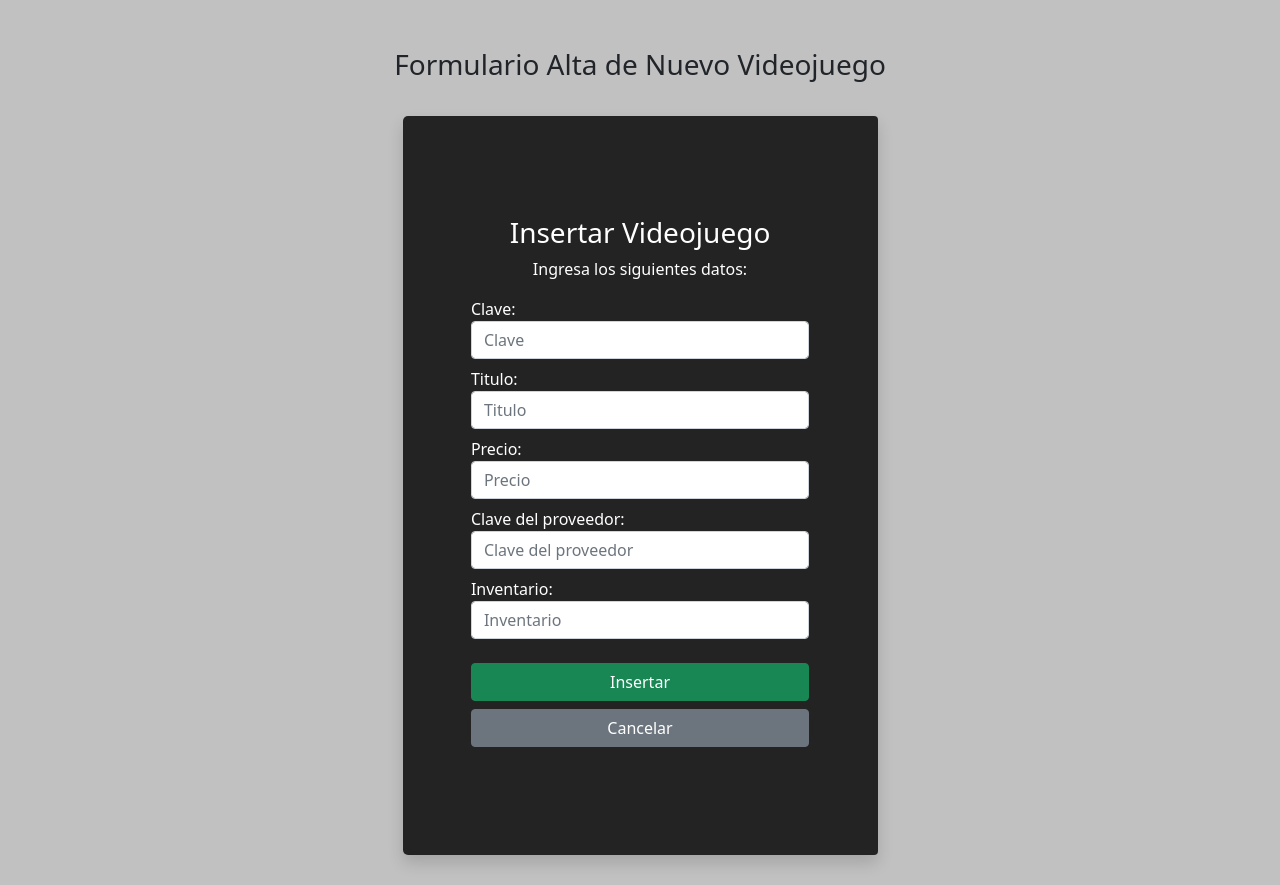
Repository: Jatziri16/JavaEE
Page: http://localhost/TiendaVideojuegos/FormularioInsertarVideojuego.jsp
These files come from the project's save history. The page is drawn as it stood at one moment and after the next save; the edit follows.
The browser window is 1280 px wide. The pictures show the whole page.
The page is served by Tomcat 9.

Above is the page before, as saved 2023-12-06 22:39:33.

After the next save:
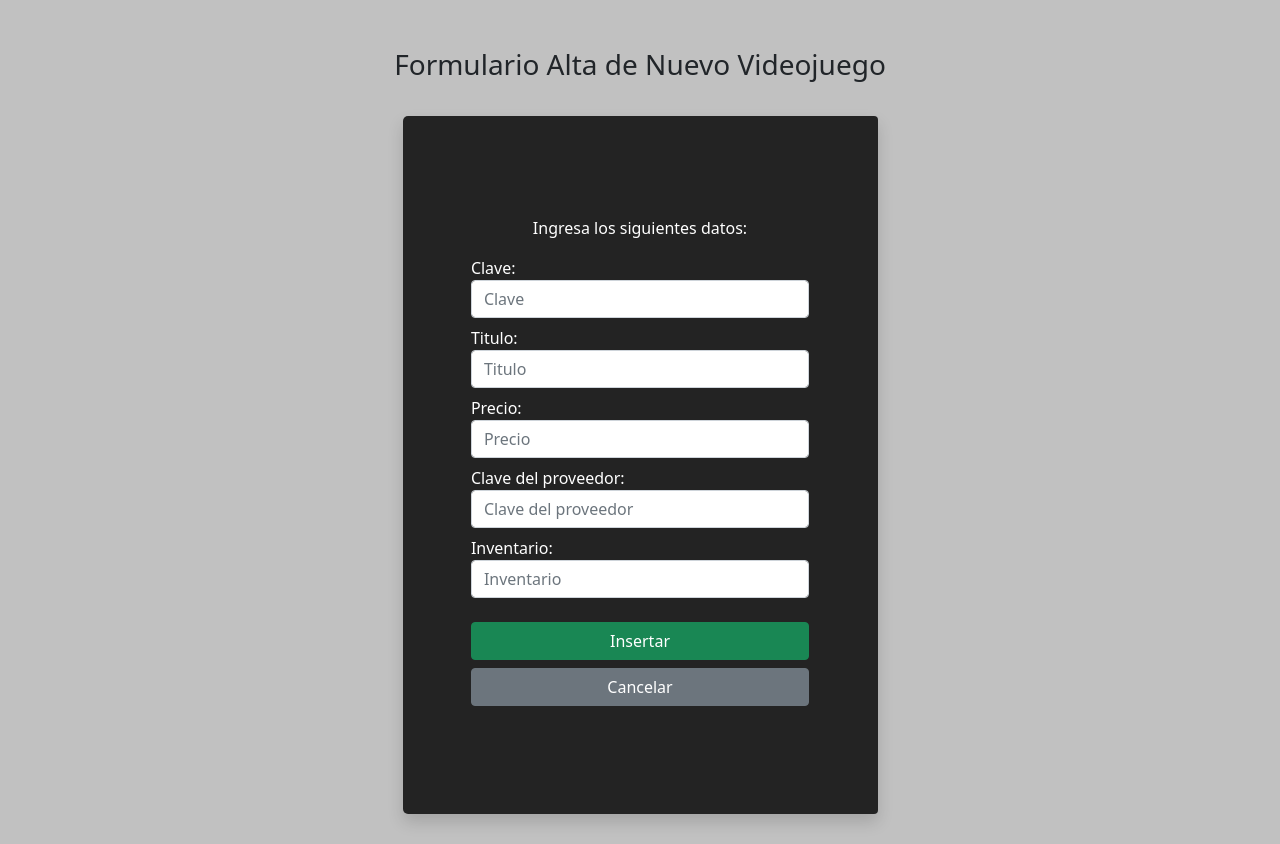
Saved 8 s later.
--- a/TiendaVideojuegos/src/main/webapp/FormularioInsertarVideojuego.jsp
+++ b/TiendaVideojuegos/src/main/webapp/FormularioInsertarVideojuego.jsp
@@ -15,7 +15,6 @@
 			<div class="container rounded-3 contenedor">
 				<div class="row align-items-stretch justify-content-center">
 					<div class="login-container col-7 col-sm-6 col-md-5 col-xl-5 rounded-end shadow">
-						<H3 class="text-center">Insertar Videojuego</H3>
 						<p class="text-center">Ingresa los siguientes datos:</p>
 						<div class="centrar">
 							<!-- FORM -->
